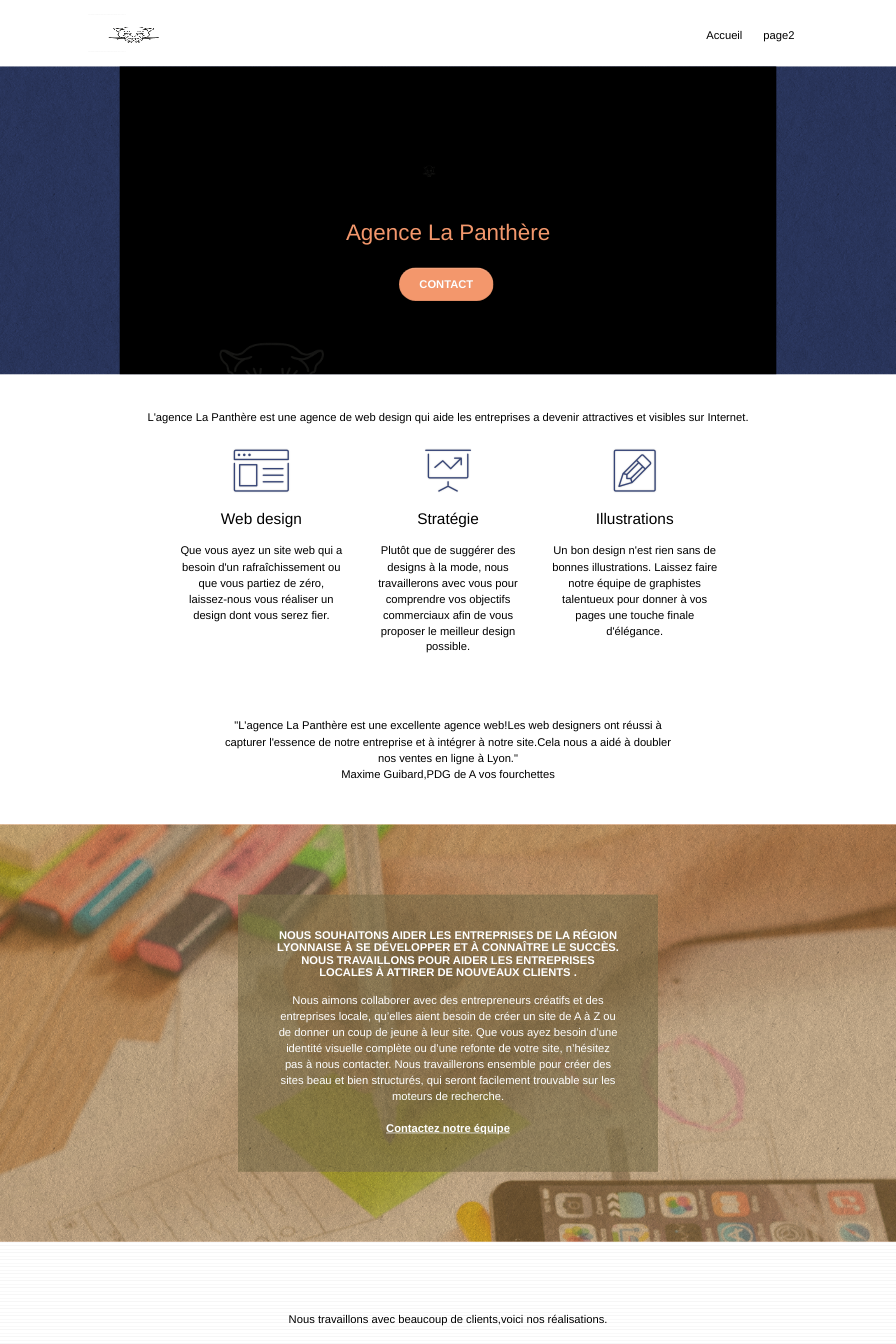
Repository: EtudianteHU/Uyarci_Hilal_4_code_012023
Page: index.html
These files come from the project's save history. The page is drawn as it stood at one moment and after the next save; the edit follows.
The browser window is 1280 px wide. The pictures show the part of the page from y = 0 to 1920 px (the page is 3512 px tall), at 70% of full size.
Backgrounds fixed to the window are drawn as part of the page.

Above is the page before, as saved 2023-02-23 23:54:49.

### index.html
<!DOCTYPE html>
<html lang="fr">
    <head>
        <meta charset="utf-8" />
        <meta name="robots" content="index,follow" />
        <meta
            name="description"
            content="La Panthère,agence web basé à lyon,une entreprise de webdesign"
        />
        <meta
            name="viewport"
            content="width=device-width, initial-scale=1.0, viewport-fit=cover"
        />
        <link rel="shortcut icon" type="image/png" href="favicon.webp" />

        <link rel="stylesheet" type="text/css" href="./css/bootstrap.css" />
        <link rel="stylesheet" type="text/css" href="style.css" />
        <link rel="stylesheet" type="text/css" href="./css/font-awesome.css" />
        <link rel="stylesheet" type="text/css" href="./css/et-line.css" />

        <script defer src="./js/jquery-2.1.0.js"></script>
        <script defer src="./js/bootstrap.js"></script>
        <script defer src="./js/blocs.js"></script>
        <script defer src="./js/jquery.touchSwipe.js"></script>

        <title>Agence La Panthère,meilleure entreprise à Lyon</title>

        <!-- Analytics -->

        <!-- Analytics END -->
    </head>
    <body>
        <!-- Principal conteneur -->
        <main class="page-container">
            <!-- bloc-0 -->
            <header class="bloc bgc-white l-bloc" id="bloc-0">
                <div class="container bloc-sm">
                    <nav class="navbar row">
                        <div class="navbar-header">
                            <div
                                class="keywords"
                                style="color: #cccccc; font-size: 1px"
                            >
                                Agence web à paris, stratégie web, web design,
                                illustrations, design de site web, site web,
                                web, internet, site internet, site
                            </div>
                            <a class="navbar-brand" href="index.html" title=""
                                ><img src="img/logo.webp" alt="" height="40"
                            /></a>
                            <div
                                class="keywords"
                                style="color: #cccccc; font-size: 1px"
                            >
                                Agence web à paris, stratégie web, web design,
                                illustrations, design de site web, site web,
                                web, internet, site internet, site
                            </div>
                            <button
                                id="nav-toggle"
                                type="button"
                                class="ui-navbar-toggle navbar-toggle"
                                data-toggle="collapse"
                                data-target=".navbar-1"
                                aria-pressed="true"
                            >
                                <span class="sr-only">Toggle navigation</span
                                ><span class="icon-bar"></span
                                ><span class="icon-bar"></span
                                ><span class="icon-bar"></span>
                            </button>
                        </div>
                        <div
                            class="collapse navbar-collapse navbar-1 special-dropdown-nav"
                        >
                            <ul class="site-navigation nav navbar-nav">
                                <li>
                                    <a href="index.html" title="">Accueil</a>
                                </li>
                                <li>
                                    <a href="contact.html" title="">page2</a>
                                </li>
                            </ul>
                        </div>
                    </nav>
                </div>
            </header>
            <!-- bloc-0 END -->

            <!-- bloc-1-presentation -->
            <div
                class="bloc bgc-dark-slate-blue bg-banniere d-bloc bg-t-edge bloc-bg-texture texture-paper b-parallax"
                id="bloc-1-hero"
            >
                <div class="container bloc-lg">
                    <div class="row tight-width-whitespace">
                        <div class="col-sm-12">
                            <img
                                src="img/agence-la-panthere.webp"
                                class="center-block image-resize-mode"
                                width="100"
                                alt="logo de panthere"
                            />
                            <h1 class="text-center hero-bloc-text tc-white">
                                Agence La Panthère
                            </h1>
                            <div class="text-center">
                                <a
                                    href="contact.html"
                                    class="btn btn-lg btn-clean btn-rd cta-hero btn-atomic-tangerine"
                                    id="cta-hero"
                                    title=""
                                    >Contact</a
                                >
                            </div>
                        </div>
                    </div>
                </div>
            </div>
            <!-- bloc-1-presentation END -->

            <!-- bloc-2-services -->
            <div class="bloc bgc-white l-bloc" id="bloc-2-services">
                <div class="container bloc-md">
                    <div class="row">
                        <div class="col-sm-12 text-center">
                            <p>
                                L'agence La Panthère est une agence de web
                                design qui aide les entreprises a devenir
                                attractives et visibles sur Internet.
                            </p>
                        </div>
                    </div>
                    <div class="row voffset-lg med-width-whitespace">
                        <div class="col-sm-4">
                            <div class="text-center">
                                <span
                                    class="et-icon-browser sm-shadow icon-dark-slate-blue icons icon-lg"
                                ></span>
                            </div>
                            <h2 class="mg-md text-center">Web design</h2>
                            <p class="text-center">
                                Que vous ayez un site web qui a besoin d'un
                                rafraîchissement ou que vous partiez de zéro,
                                laissez-nous vous réaliser un design dont vous
                                serez fier.
                            </p>
                        </div>
                        <div class="col-sm-4">
                            <div class="text-center">
                                <span
                                    class="et-icon-presentation sm-shadow icon-dark-slate-blue icons icon-lg"
                                ></span>
                            </div>
                            <h2 class="mg-md text-center">Stratégie</h2>
                            <p class="text-center">
                                Plutôt que de suggérer des designs à la mode,
                                nous travaillerons avec vous pour comprendre vos
                                objectifs commerciaux afin de vous proposer le
                                meilleur design possible.<br />
                            </p>
                        </div>
                        <div class="col-sm-4">
                            <div class="text-center">
                                <span
                                    class="et-icon-edit sm-shadow icon-dark-slate-blue icons icon-lg"
                                ></span>
                            </div>
                            <h2 class="mg-md text-center">Illustrations</h2>
                            <p class="text-center">
                                Un bon design n'est rien sans de bonnes
                                illustrations. Laissez faire notre équipe de
                                graphistes talentueux pour donner à vos pages
                                une touche finale d'élégance.
                            </p>
                        </div>
                    </div>
                    <div class="row voffset-lg voffset">
                        <div
                            class="col-xs-12 col-md-8 col-md-offset-2 text-center"
                        >
                            <p>
                                "L'agence La Panthère est une excellente agence
                                web!Les web designers ont réussi à capturer
                                l'essence de notre entreprise et à intégrer à
                                notre site.Cela nous a aidé à doubler nos ventes
                                en ligne à Lyon."<br />
                                Maxime Guibard,PDG de A vos fourchettes
                            </p>
                        </div>
                    </div>
                </div>
            </div>
            <!-- bloc-2-services END -->

            <!-- bloc-3-what-i-do -->
            <div
                class="bloc tc-white bgc-atomic-tangerine bg-presentation d-bloc bloc-bg-texture texture-paper b-parallax"
                id="bloc-3-what-i-do"
            >
                <div class="container bloc-lg">
                    <div class="row tight-width-whitespace black-background">
                        <div class="col-sm-12">
                            <h3 class="mg-md text-center tc-white">
                                Nous souhaitons aider les entreprises de la
                                région Lyonnaise à se développer et à connaître
                                le succès. Nous travaillons pour aider les
                                entreprises locales à attirer de nouveaux
                                clients .<br />
                            </h3>
                            <p class="text-center white">
                                Nous aimons collaborer avec des entrepreneurs
                                créatifs et des entreprises locale, qu’elles
                                aient besoin de créer un site de A à Z ou de
                                donner un coup de jeune à leur site. Que vous
                                ayez besoin d’une identité visuelle complète ou
                                d’une refonte de votre site, n’hésitez pas à
                                nous contacter. Nous travaillerons ensemble pour
                                créer des sites beau et bien structurés, qui
                                seront facilement trouvable sur les moteurs de
                                recherche. <br /><br /><a
                                    class="ltc-white bold-link"
                                    href="contact.html"
                                    title=""
                                    >Contactez notre équipe</a
                                ><br />
                            </p>
                        </div>
                    </div>
                </div>
            </div>
            <!-- bloc-3-what-i-do END -->

            <!-- bloc-4-portfolio -->
            <div
                class="bloc bgc-white bg-lines-h2-bg bg-repeat l-bloc"
                id="bloc-4-portfolio"
            >
                <div class="container bloc-lg">
                    <div class="row">
                        <div class="col-sm-12 text-center">
                            <p>
                                Nous travaillons avec beaucoup de clients,voici
                                nos réalisations.
                            </p>
                        </div>
                    </div>
                    <div class="row tight-width-whitespace portfolio-row">
                        <div class="col-sm-6">
                            <a
                                href="#"
                                data-lightbox="img/1.webp"
                                data-gallery-id="gallery-1"
                                data-caption="Refonte d'un site web pour un journal local"
                                data-frame="snapshot-lb"
                                title="Un journal"
                                ><img
                                    src="img/1.webp"
                                    alt="Photo de journal"
                                    class="img-responsive portfolio-thumb"
                            /></a>
                            <h3 class="mg-md text-center">
                                Refonte d'un site web pour un journal local
                            </h3>
                            <p class="text-center">
                                Nous avons créé une nouvelle identité visuelle
                                pour un journal lyonnais.
                            </p>
                        </div>
                        <div class="col-sm-6">
                            <a
                                href="#"
                                data-lightbox="img/2.webp"
                                data-gallery-id="gallery-1"
                                data-caption="Création d'un site web pour photographes"
                                data-frame="snapshot-lb"
                                title="un site web pour photographes"
                                ><img
                                    src="img/2.webp"
                                    class="img-responsive portfolio-thumb"
                                    alt="site de photographe"
                            /></a>
                            <h3 class="mg-md text-center">
                                Création d'un site web pour photographes
                            </h3>
                            <p class="text-center">
                                Nous avons conçu la plateforme idéale pour
                                laisser place aux clichés des photographes.
                            </p>
                        </div>
                    </div>
                    <div class="row tight-width-whitespace portfolio-row">
                        <div class="col-sm-6">
                            <a
                                href="#"
                                data-lightbox="img/3.webp"
                                data-gallery-id="gallery-1"
                                data-caption="Création d'un site internet pour un voyageur"
                                data-frame="snapshot-lb"
                                title=""
                                ><img
                                    src="img/3.webp"
                                    class="img-responsive portfolio-thumb"
                                    alt=""
                            /></a>
                            <h3 class="mg-md text-center">
                                Création d'un site internet pour un voyageur
                            </h3>
                            <p class="text-center">
                                Nous avons élaboré un site internet et des
                                illustrations pour sublimer les vidéos et les
                                articles de ce voyageur.
                            </p>
                        </div>
                        <div class="col-sm-6">
                            <a
                                href="#"
                                data-lightbox="img/4.webp"
                                data-gallery-id="gallery-1"
                                data-caption="Conception d'un site pour une agence de mariage"
                                data-frame="snapshot-lb"
                                title=""
                                ><img
                                    src="img/4.webp"
                                    class="img-responsive portfolio-thumb"
                                    alt=""
                            /></a>
                            <h3 class="mg-md text-center">
                                Conception d'un site pour une agence de mariage
                            </h3>
                            <p class="text-center">
                                Nous avons travaillé avec cette agence pour
                                créer un site internet permettant la
                                présentation détaillée de leurs prestations.
                            </p>
                        </div>
                    </div>
                </div>
            </div>
            <!-- bloc-4-portfolio END -->

            <!-- bloc-5-cta -->
            <div
                class="bloc bgc-dark-slate-blue bg-banniere d-bloc bloc-bg-texture texture-paper"
                id="bloc-5-cta"
            >
                <div class="container bloc-lg">
                    <div class="row">
                        <h3 class="mg-md text-center tc-white">
                            Prêt pour redonner vie à votre projet ?<br />Contactez
                            notre équipe !
                        </h3>
                        <div class="col-sm-12 text-center">
                            <a
                                href="contact.html"
                                class="btn btn-atomic-tangerine btn-clean btn-rd btn-lg cta-hero"
                                title=""
                                >Contact</a
                            >
                        </div>
                    </div>
                </div>
            </div>
            <!-- bloc-5-cta END -->

            <!-- Footer - bloc-8 -->
            <footer class="bloc bgc-atomic-tangerine d-bloc" id="bloc-8">
                <div class="container bloc-sm">
                    <div class="row">
                        <div class="col-sm-12">
                            <p class="text-center white">
                                Agence La Panthère - Agence web basée à Lyon.<br />
                            </p>
                            <div class="row row-no-gutters social">
                                <div class="col-sm-3">
                                    <div class="text-center">
                                        <span
                                            class="fa fa-twitter icon-md"
                                        ></span>
                                    </div>
                                </div>
                                <div class="col-sm-3">
                                    <div class="text-center">
                                        <span
                                            class="fa fa-facebook icon-md"
                                        ></span>
                                    </div>
                                </div>
                                <div class="col-sm-3">
                                    <div class="text-center">
                                        <span
                                            class="fa fa-dribbble icon-md"
                                        ></span>
                                    </div>
                                </div>
                                <div class="col-sm-3">
                                    <div class="text-center">
                                        <span
                                            class="fa fa-instagram icon-md"
                                        ></span>
                                    </div>
                                </div>
                                <div class="keywords" style="color: #f3976c">
                                    Agence web à paris, stratégie web, web
                                    design, illustrations, design de site web,
                                    site web, web, internet, site internet, site
                                </div>
                            </div>
                        </div>
                    </div>
                </div>
            </footer>
            <!-- Footer - bloc-8 END -->
        </main>
        <!-- Principal conteneur END -->
    </body>
</html>

Loaded but not shown: css/bootstrap.css (library); css/font-awesome.css (library); js/jquery-2.1.0.js (library); js/bootstrap.js (library); js/blocs.js (library); js/jquery.touchSwipe.js (library); style.css (903 lines, source omitted); css/et-line.css (519 lines, source omitted)

After the next save:
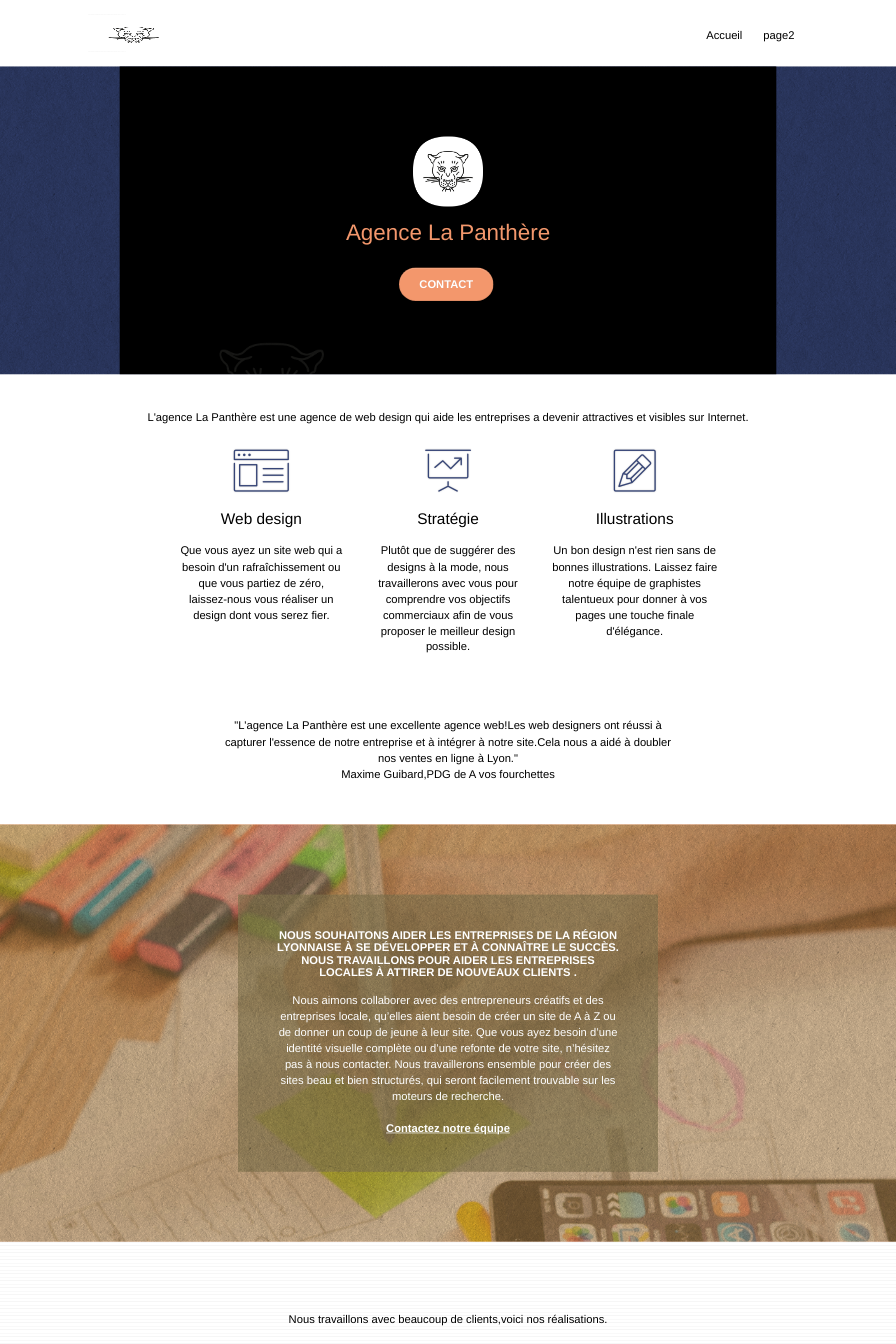
Saved 35 s later.
--- a/index.html
+++ b/index.html
@@ -96,7 +96,7 @@
                     <div class="row tight-width-whitespace">
                         <div class="col-sm-12">
                             <img
-                                src="img/agence-la-panthere.webp"
+                                src="img/logo.webp"
                                 class="center-block image-resize-mode"
                                 width="100"
                                 alt="logo de panthere"
